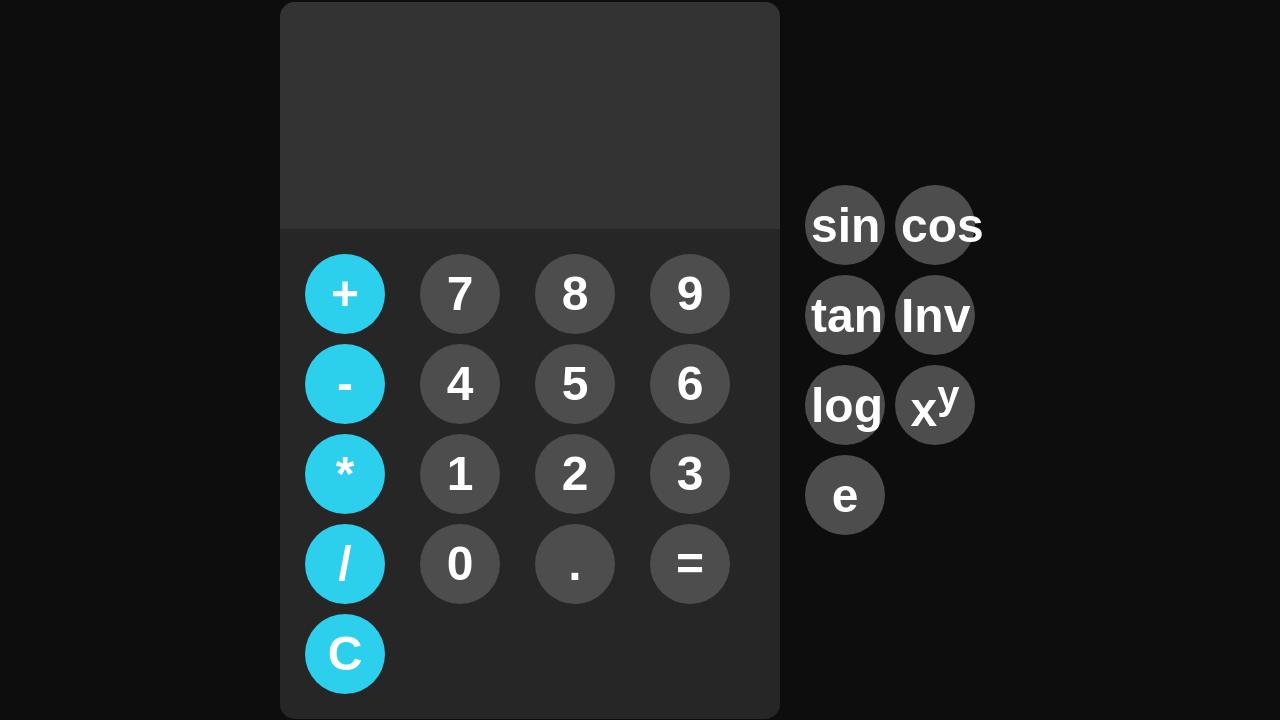
Repository: Haakim19/JavaScript
Page: Calculater/Main.html
The author's editor kept a copy of each file at every save. The page is drawn from the files as they stood at one save, then again after the next save.
The browser window is 1280 px wide. The pictures show the whole page.

Above is the page before, as saved 2024-10-23 09:41:18.

After the next save:
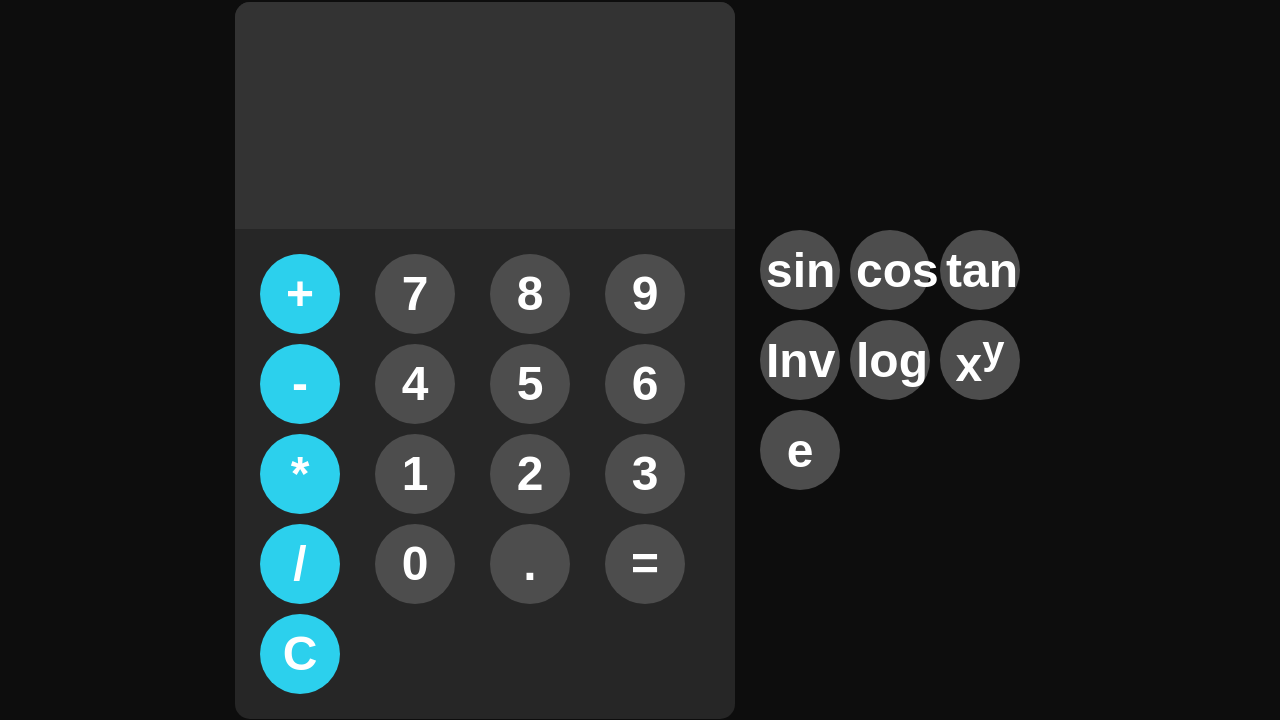
Saved 2 min 7 s later.
--- a/Calculater/Main.css
+++ b/Calculater/Main.css
@@ -43,10 +43,11 @@ body{
 }
 #keys-sientific{
     display: grid;
-    grid-template-columns: repeat(2, 1fr);
+    grid-template-columns: repeat(3, 1fr);
     gap: 10px;
     padding: 25px;
 }
+
 button{
     width: 80px;
     height: 80px;
@@ -58,18 +59,23 @@ button{
     font-weight: bold;
     cursor: pointer;
 }
+
 button:hover{
     background-color: hsl(0, 0%, 40%);
 }
+
 button:active{
     background-color: hsl(0, 0%, 50%);
 }
+
 .operator-btn{
     background-color: hsl(189, 84%, 55%);
 }
+
 .operator-btn:hover{
     background-color: hsl(189, 84%, 65%);
 }
+
 .operator-btn:active{
     background-color: hsl(189, 84%, 75%);
 }
